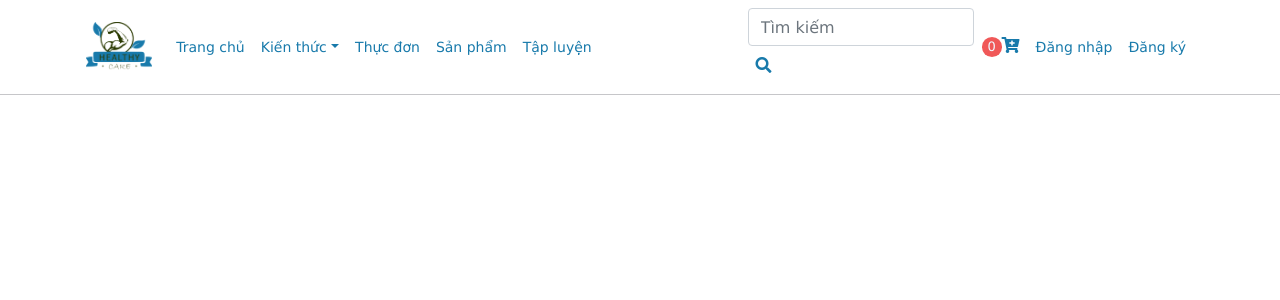
Repository: hohoang106/Project-Intern-Web
Page: homepage/navbar.html
The author's editor kept a copy of each file at every save. The page is drawn from the files as they stood at one save, then again after the next save.
The browser window is 1280 px wide. The pictures show the whole page.
The page's requests for data from a server got no answer.

Above is the page before, as saved 2021-09-12 18:29:02.
Console error: TypeError: Assignment to constant variable.

### homepage/navbar.html
<!DOCTYPE html>
<html lang="en">

<head>
  <meta charset="UTF-8">
  <meta http-equiv="X-UA-Compatible" content="IE=edge">
  <meta name="viewport" content="width=device-width, initial-scale=1.0">
  <link rel="stylesheet" href="/fontawesome-free-5.15.3-web/css/all.min.css">
  <link rel="stylesheet" href="https://maxcdn.bootstrapcdn.com/bootstrap/4.5.2/css/bootstrap.min.css">
  <link rel="stylesheet" href="/css/nav.css ">
  <link rel="stylesheet" href="/css/index.css">
  <script src="https://ajax.googleapis.com/ajax/libs/jquery/3.5.1/jquery.min.js"></script>
  <script src="https://cdnjs.cloudflare.com/ajax/libs/popper.js/1.16.0/umd/popper.min.js"></script>
  <script src="https://maxcdn.bootstrapcdn.com/bootstrap/4.5.2/js/bootstrap.min.js"></script>
</head>

<body>

  <div class="container-fluid container-fluid-nav " id="header">
    <nav class="navbar navbar-expand-lg container">
      <a class="navbar-brand" href="trangchu.html"><img src="/images/logo-nobg.png" height="50px" alt=""></a>
      <button class="navbar-toggler" type="button" data-toggle="collapse" data-target="#navbarTogglerDemo02"
        aria-controls="navbarTogglerDemo02" aria-expanded="false" aria-label="Toggle navigation">
        <span class="navbar-toggler-icon"><i class="fas fa-bars fa-lg pt-2" style="color: #187AAB;"></i></span>
      </button>

      <div class="collapse navbar-collapse" id="navbarTogglerDemo02">
        <ul class="navbar-nav mr-auto mt-2 mt-lg-0">
          <li class="nav-item ">
            <a class="nav-link nav-nav-hover" href="trangchu.html">Trang chủ </a>
          </li>

          <li class="nav-item dropdown">
            <a class="nav-link nav-nav-hover dropdown-hover" href="ktdd.html" id="navbardrop">
              Kiến thức
              <span class="dropdown-toggle" data-toggle="dropdown"></span>
            </a>

            <div class="dropdown-menu p-0" id="dropdown-menu-ktdd">
            </div>
          </li>
          <li class="nav-item">
            <a class="nav-link nav-nav-hover" href="/homepage/thucdon.html">Thực đơn</a>
          </li>
          <li class="nav-item">
            <a class="nav-link nav-nav-hover" href="/homepage/productpage.html">Sản phẩm</a>
          </li>
          <li class="nav-item">
            <a class="nav-link nav-nav-hover" href="/homepage/CDTLagioithieu.html">Tập luyện</a>
          </li>

        </ul>


        <div class="form-input">
          <input class="form-control  inputtext" type="search" placeholder="Tìm kiếm">
          <div class="icon-search m-2"> <i class="fas fa-search"></i></div>
        </div>
        <div class="icon-cart m-2">
          <a href="/homepage/payment.html" style="display: flex;">
            <div id="checkcartnumber" style="font-size: small; border-radius: 100%; color: aliceblue; background-color: rgb(240, 88, 88); width: 20px; text-align: center;">0</div>
             <i class="fa fa-cart-plus "></i>
          </a>
        </div>
        <ul class="navbar-nav">
        <ul class="navbar-nav" id="ul-dangnhap">
          <li class="nav-item">
            <a class="nav-link nav-nav-hover"  href="/homepage/login.html">Đăng nhập</a>
          </li>
          <li class="nav-item">
            <a class="nav-link nav-nav-hover" href="/homepage/register.html">Đăng ký</a>
          </li>
        </ul>
        <ul class="navbar-nav" hidden id="ul-loged" >
          <li>
            <a class="nav-link " href="profile.html"><i class="fas fa-user"></i></a>
          </li>
          <li>
            <a class="nav-link nav-nav-hover" onclick="dangXuat()" href="trangchu.html">Đăng xuất</a>
          </li>
        </ul>

      </div>
    </nav>
    <script src="/js/payment.js"></script>
  </div>

  <script>
    window.addEventListener('scroll', function () {
      let header = document.getElementById('header');
      header.classList.toggle('scroll-active', window.scrollY > 0);
    })
  </script>
  <script src="/js/comment.js"></script>
  <script src="/js/ktdd-page.js"></script>

</body>


</html>

### css/nav.css
.container-fluid-nav{
  box-shadow: 0px 1px 0px rgb(198, 198, 201);
  font-family: Verdana, Geneva, Tahoma, sans-serif;
  background-color: rgba(255, 255, 255, 0.1);
}
.nav-link{
  color: #187AAB;
  font-size: 14px;
}
.icon-search , .icon-cart{
  color: #187AAB;
}
.icon-search:hover , .icon-cart:hover{
  color: #187AAB;
}
.nav-nav-hover:hover{
  color: white;

  background-color: #187AAB;
}
.nav-nav-hover:active{
  color: white;
  background-color: #187AAB;

}
.dropdown-item{
  color: #187AAB;
}
.dropdown-item:hover{
  color: white;
  background-color: #187AAB;
}

/* footer */
.footer-copyright{
  border-top: 1px solid white;
  color: white;
}
.footer-full{
  background-color: #187AAB;
}
.wapper-trend{
  background-color: #187AAB;
  color: white;
  height: 40px;
}
.bv-noibat{
  color: black;
  margin-bottom: 5px;
  line-height: 1.7;
}
.comment{
border-bottom: 2px solid #187AAB;
}
.scroll-active{
  background-color: white;
  box-shadow: 0 3px 1rem rgba(0, 0, 0, .1);
}

### css/index.css

body{
  font-family: Verdana, Geneva, Tahoma, sans-serif;
}
/* Home */
.carousel-item{
  height: 30rem;
}
.fa-chevron-left{
  position: absolute;
  top: 15rem;
  left: 0;
}
.fa-chevron-right{
  position: absolute;
  top: 15rem;
  right: 0;
}
.container-fit{
  background-image: url("backgr1.jpg");
}
h4, h3, h5{
  color: #187AAB;
}

/* Register */
.register{
  color: #187AAB;
}
.btn-register{
  background-color:#187AAB ;
}
input ::placeholder {
  color: #187AAB;
}

/* Login */
.btn-facebook{
  background-color: #3C589C;
}
.btn-google{

  background-color: #DF4B3B;
}
a{
  color: #187AAB;

}
.btn-login{
  background-color:#187AAB ;
  opacity: 0.9 ;
}
.btn-login:hover{
  opacity: 1;
}
@media (max-width: 575px) {
  .social-btn{
    flex-direction: column;
  }
}

/* forgot password */
.btn-cancer{
  background-color: grey;
}
.btn-send , .btn-add{
  background-color: #187AAB;
}

.price{
  color: #187AAB;
}

.custom-carousel{
  position: absolute;
  right: 0;
  bottom: 0;
  left: 0;
  top: 0;
  z-index: 10;
  width: 100%;
  color: #fff;
  text-align: center;
  background-color: rgba(241, 228, 249, 0.25);
}
.text-slide{
  color: #187aabc2;
  font-size: 3rem;
  font-weight: bold;
  position: relative;
  text-transform: uppercase;
  top: 10rem;
}
.btn-chitiet-slide{
  border: none;
  color: white;
  background-color: #187aabc2;
  border-radius: 5px;
  padding: 0.5rem 1rem;
  margin-top: 10rem;
}
.btn-chitiet-slide > a:link{
  text-decoration: none;
}
.btn-chitiet-slide > a{
  color: white;
}
.btn-chitiet-slide > a:hover{
  color: white;
}
/* Add Modal */
label{
  color: #187AAB;
}
.modal-header{
  background-color: #187AAB;
}
.danhMucKienThuc{
  border: 2px solid #187AAB;
  border-radius: 5px;
  padding: 0.5rem;
  color: white;
  background-color: #187AAB;
}
.btn-vietBai{
  background-color: #187AAB;
  border-radius: 5px;
  border: none;
}
.page-link{
  color: #187AAB;

}
.page-item.active .page-link{
  background-color: #187AAB;
}
th{
  color: #187AAB;
}

/* listquestion */
.avatar{
 border-radius: 50%;
 width: 50px;
 height: 50px;
}
.question-page{
  border-bottom: 1px solid rgb(212, 211, 211);
  background-color: #e0f0f5;
}
.author-name{
  color: #187AAB;
  font-size: 14px;
}
.date{
  color: gray;
  font-size: 12px;
}
.numberOfAnswer, .icon-comment{
  color: #187AAB;
  font-size: 14px;
  cursor: pointer;
}
.icon-comment{
  cursor: pointer;
}
.block-vote{
  display: flex;
  flex-direction: column;
  align-items: center;
}
.datCauHoi, .fa-2x{
  color: #187AAB;

}
.title-a{
  cursor: pointer;
}
.arrow-up, .arrow-down{
  cursor: pointer;
}
.part_2{
  font-size: 14px;
}
.img-tapluyen{
  height: 250px;
}
.fa-caret-up,.fa-caret-down{
  font-size: 30px;
}
@media (max-width: 768px) {
  *{
    font-size: 14px;
  }
  .title-a{
    font-size: 20px;
  }
  .block-vote{
    flex-direction: row;
  }
  .vote{
    margin-left: 1rem;
  }
  .img-tapluyen{
    height: 250px;
  }
  .text-slide{
    font-size: 1.5rem;
  }

}
@media (min-width: 769px) and (max-width: 1200px) {
  .img-tapluyen{
    height: 500px;
  }
  .card-title{
    font-size: 16px;
  }
  .card-text{
    font-size: 14px;
  }

}

.dropdown:hover .dropdown-menu{display: block;}
.card-title{
  cursor: pointer;
}
/* .content-td:hover{
  background-color: rgba(86, 181, 236, 0.568);
  border-radius: 10px;
  padding-top: 1rem;
  padding-bottom: 1rem;
} */
/* Navbar */
h4:hover{
  color: rgba(0, 187, 187, 0.644);
}
h5:hover{
  cursor: pointer;
  color: rgba(0, 187, 187, 0.644);
}
img:hover{
  opacity: 0.8  ;
}
.span-chitiet{
  color: #187AAB;
}
h1, h2 , h3 , h4 , h5 , h6{
  font-family: Arial, Helvetica, sans-serif;
}
h3{
  text-transform: uppercase;
}

.btn-chitiet-slide:hover{
  background-color: #187AAB;
}
.icon-login{
  color: #187AAB;
}

.card:hover{
  border: 3px solid #187AAB;
}

### js/payment.js
// search product navbar
var card = document.getElementsByClassName('carditem')
var vl = document.querySelector('.inputtext');
vl.addEventListener('keyup', function input(){
  var name = document.getElementsByClassName('nameproduct')
  for(var i = 0; i<name.length; i++){
      var c = name[i].innerText;
      if(c.toUpperCase().indexOf(vl.value.toUpperCase())>-1){
          card[i].style.display='';
      }
      else{
          card[i].style.display='none';
      }
  }
});

var cartproductApi = 'http://localhost:3000/cartproduct';

//show products number in cart
function numbercartProduct(){
    fetch(cartproductApi)
          .then(response => response.json())
          .then(cartproducts => {
    var list = cartproducts.map(function (cartproduct) {
            return cartproduct.id
          })
          var number = String(list.length)
          document.getElementById('checkcartnumber').innerText = number
          })
      }
numbercartProduct()

//render product from cart data in cart page
fetch(cartproductApi)
  .then(response => response.json())
  .then(cartproducts => {
    var list = cartproducts.map(function (cartproduct) {
      return `
          <tr>
            <td class="mobilenull masp">
            ${cartproduct.productcode}
            </td>
            <td>
            <div class="row">
                   <div class="col-5"><img src="${cartproduct.image}" class="card-img-top" alt="..."></div>
                  <div class="col-7">
                  <p>${cartproduct.name}</p>
                  </div>
              </div>
            </td>
             <td class="mobilenull"><span class="price">${cartproduct.price}</span>.000đ</td>
            <td>
                <div class="quantity">
                 <button class="btn minus1">-</button>
                <input class="quantity1" id="id_form-0-quantity" min="0" name="form-0-quantity" value="${cartproduct.soluong}" type="number">
                 <button class="btn add1">+</button>
               </div>
            </td>
             <td><span class="totalprice"></span>.000đ</td>
             <td>
              <button onclick="deletecartProduct(${cartproduct.id})" type="button" class="btn btn-danger">
                 <i class="fas fa-trash mr-2" style="margin:.5rem;"></i>
              </button>
            </td>
           </tr>
        `;
    });
    var lists = list.join('');
    document.querySelector('#rendercart').innerHTML = lists;

var price = document.getElementsByClassName('price');
var totalprice = document.getElementsByClassName('totalprice');
var value = document.getElementsByClassName('quantity1');
var checktotalprice = document.getElementById('checktotalprice');

function tinhtong(){
var num = 0
for(var i = 0; i < price.length; i++){
    totalprice[i].innerText= value[i].value * price[i].innerText;
    var ttien = parseInt(totalprice[i].innerText);
    num += ttien;
}
checktotalprice.innerText = String(num)
}
tinhtong()
$("input.quantity1").each(function(){
    var $this = $(this),
    qty = $this.parent().find('.btn'),
    d = 1
    $(qty).on('click',function(){
        if ($(this).hasClass('minus1')){
                d+=-1
            if(d<1) alert('Số lượng sản phẩm cần mua tối thiểu là 1')
        }else if ($(this).hasClass('add1')){
            d += 1
        }
        $this.attr('value',d).val(d)
        tinhtong()
    })
    });
  })

//remove product from cart
  function deletecartProduct(id){
    var option = {
        method: 'DELETE',
        headers: {
            'Content-Type': 'application/json'
          },
    };
    fetch(cartproductApi + '/' + id, option)
        .then(function(response){
            response.json();
        })
 }

### js/comment.js

$(document).ready(function(){
  var getKey = localStorage.getItem("key");
  var ulDangNhap =  document.getElementById('ul-dangnhap') ;
  var ulLoged = document.getElementById('ul-loged');
  if(getKey=="loged"){
    ulDangNhap.hidden = true;
    ulLoged.hidden = false
  }
  else{
    ulDangNhap.hidden = false;
    ulLoged.hidden = true;
  }
});


function dangXuat(){
  localStorage.clear();
}
var baiDangApi = "http://localhost:3000/baidang";
function start() {
  getBaiDangs(rederBaiDang);
}
start();
function getBaiDangs(callback) {
  fetch(baiDangApi)
    .then(function (respon) {
      return respon.json();
    })
    .then(callback);
}
function rederBaiDang(baidangs) {
  var commentUser = document.querySelector('#list-Comment');
  baidangs.map(function (item) {
    var uid = window.location.search;
    var id = uid.slice(4);
    if (id == item.id) {
        var comments = item.comment;
        listComment="";
        for (i=0; i <comments.length; i++) {
        listComment+= `
      <div class="container question-body">
      <div class="list-question mt-3 mb-3 row">
        <div class="block-vote col-lg-2">
          <div class="">
            <img class="avatar" src="${comments[i].UserImage}" alt="">
          </div>
        </div>
        <div class=" col-lg-10 answer-user py-2">
          <div class="question-header">
            <span class="author-name mr-2">${comments[i].UserName}</span>
            <span class="date">Đã trả lời: <span>${comments[i].dateAnswer}</span></span>
          </div>
          <div class="answer">
            <p>
            ${comments[i].answerOfuser}
            </p>
          </div>
          <div class="d-flex reply_question">
            <div class="vote_reply d-flex align-items-center">
              <div class="arrow-up">
                <i class="fas fa-caret-up fa-2x"></i>
              </div>
              <div class="number-vote">
              ${comments[i].votecomment}
              </div>
              <div class="arrow-down">
                <i class="fas fa-caret-down fa-2x"></i>
              </div>
            </div>
          </div>
        </div>
      </div>
    </div>
        `;
    }
}
  });
  commentUser.innerHTML = listComment;


  const up_vote_span = document.getElementsByClassName('arrow-up');
  const down_vote_span = document.getElementsByClassName('arrow-down');
  const count = document.getElementsByClassName('number-vote');

    for (let i = 0; i < count.length; i++) {
    up_vote_span[i].addEventListener('click', function () {
        count[i].innerHTML = parseInt(count[i].innerHTML) + handleVote(1, up_vote_span[i]);
    });

    down_vote_span[i].addEventListener('click', function() {
        count[i].innerHTML = parseInt(count[i].innerHTML) + handleVote(-1, down_vote_span[i]);
    });
    };
    function getSiblings(el, filter) {
      var siblings = [];
      el = el.parentNode.firstChild;
      do { if (!filter || filter(el)) siblings.push(el); } while (el = el.nextSibling);
      return siblings;
    }
    function classFilter(el) {
            return el.classList && el.classList.contains('active-vote');
    }
    function handleVote(type, el) {
        let siblings = getSiblings(el, classFilter);

      if (el.classList.contains('active-vote')) {
          el.style.color = "dimgray";
          el.classList.remove('active-vote');
          return -1 * type;
      } else if (siblings.length === 1) {
          el.style.color = "#187AAB";
          siblings[0].style.color = "dimgray";
          siblings[0].classList.remove('active-vote');
          el.classList.add('active-vote');

          return 2 * type;
      } else if (!el.classList.contains('active-vote')) {
          el.style.color = "#187AAB";
          el.classList.add('active-vote');
          return type;
      }
      return 0;
      }

}

### js/ktdd-page.js
const url = "http://localhost:3000/kienthucPage"

fetch(url)
  .then(response => response.json())
  .then(kienthucPage => {
    console.log(kienthucPage)
    var loadPages = kienthucPage.map(function (pages) {
      return `<a class="dropdown-item" href="/homepage/ktdd-page.html?id=${pages.id}">${pages.ktdd[0].mota}</a>`;
    });
    var pageKtdd = loadPages.join('');
    document.querySelector('#dropdown-menu-ktdd').innerHTML = pageKtdd;
  })
url = "http://localhost:3000/kienthucPage"
var uid = window.location.search;
var id = uid.slice(4);

fetch(url, {
  method: "GET"
})
  .then(response => response.json())
  .then(kienthucPage => {

    var ktddDetais = document.querySelector("#first-part-ktdd");
    console.log(ktddDetais);
    var htmls = kienthucPage.map(function(ktddlist){
          var findktdd = ktddlist.id;
          if ( id == findktdd ) {
          var newktdd= ktddlist.ktdd;
          var uid2 = window.location.search;
          var id2 = uid2.slice(4);
          for(let i = 0; i < newktdd.length; i++){
          if (newktdd[i].id == id2 ){
            console.log(newktdd[i].id)
            return`<div class="container">
            <div class="row d-lg-flex up-part">
                <div class="image-p">
                    <img src="${newktdd[i].imagePage}" alt="" class="main-img" height="430">
                </div>
                <div class="impor-ktdd text-justify">
                    <h5 class="title-ktdd-me text-uppercase">Tầm quan trọng!</h5>
                    <p class="m-0">${newktdd[i].tqt}</p>
                    <br>
                    <p class="m-0">${newktdd[i].tqt2}</p>
                </div>
            </div`;

        }
      }
    }

  });
    // var listTags = htmls.join('');
    ktddDetais.innerHTML = htmls.join('');
  });

Loaded but not shown: fontawesome-free-5.15.3-web/css/all.min.css (library)

After the next save:
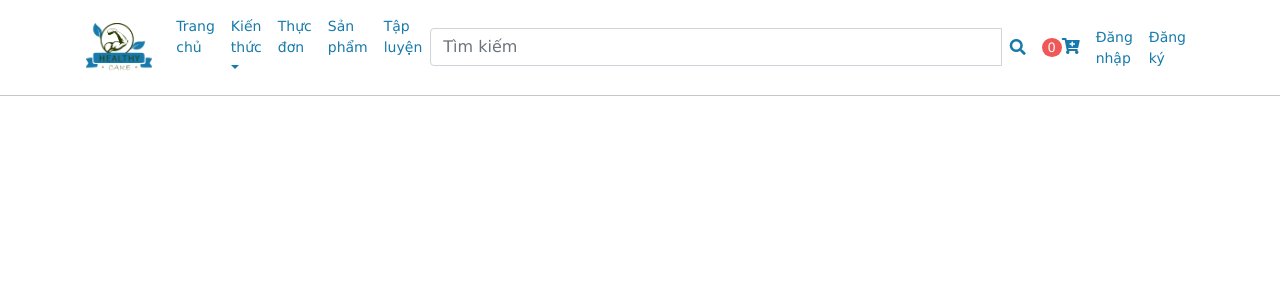
Saved 32 s later.
--- a/homepage/navbar.html
+++ b/homepage/navbar.html
@@ -52,7 +52,7 @@
         </ul>
 
 
-        <div class="form-input">
+        <div class="input-group">
           <input class="form-control  inputtext" type="search" placeholder="Tìm kiếm">
           <div class="icon-search m-2"> <i class="fas fa-search"></i></div>
         </div>
